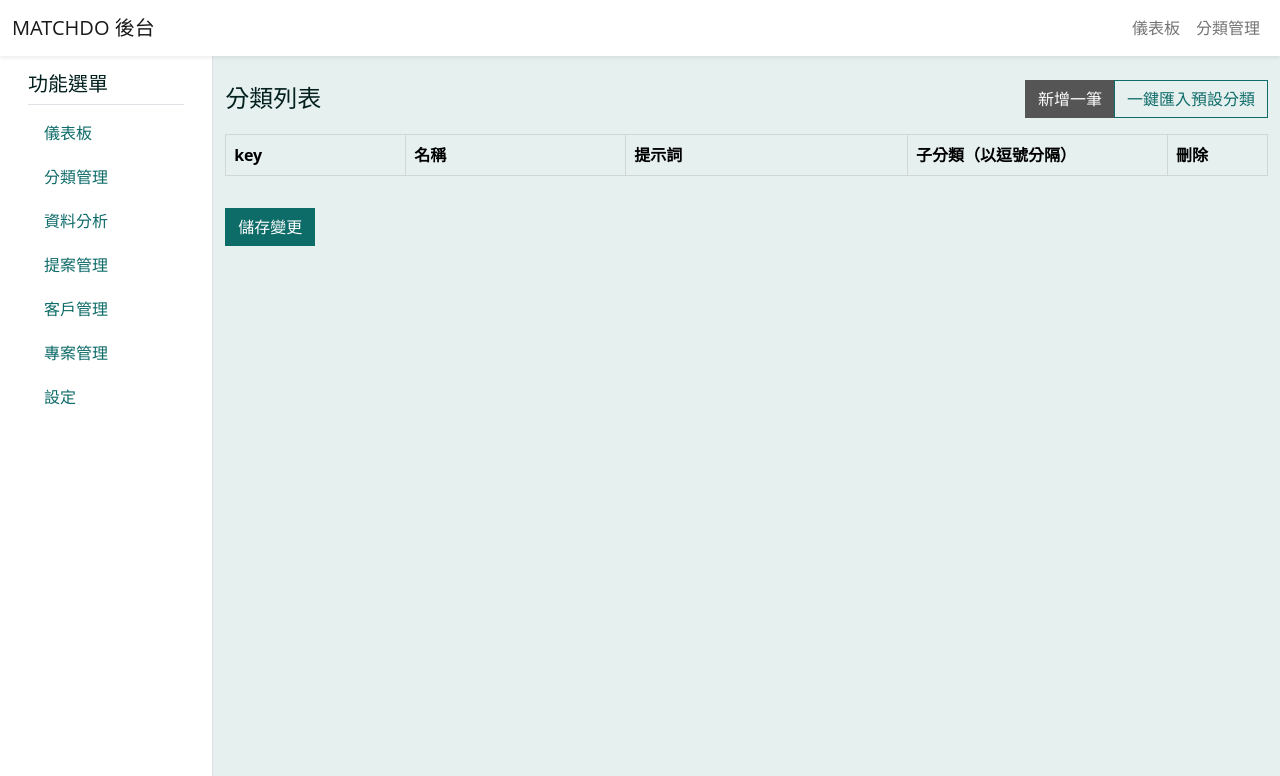
Repository: taskmatching-stack/matchdo
Page: public/admin/categories.html
These files come from the project's save history. The page is drawn as it stood at one moment and after the next save; the edit follows.
The browser window is 1280 px wide. The pictures show the whole page.
The page's requests for data from a server got no answer.

Above is the page before, as saved 2026-02-04 23:39:17.

After the next save:
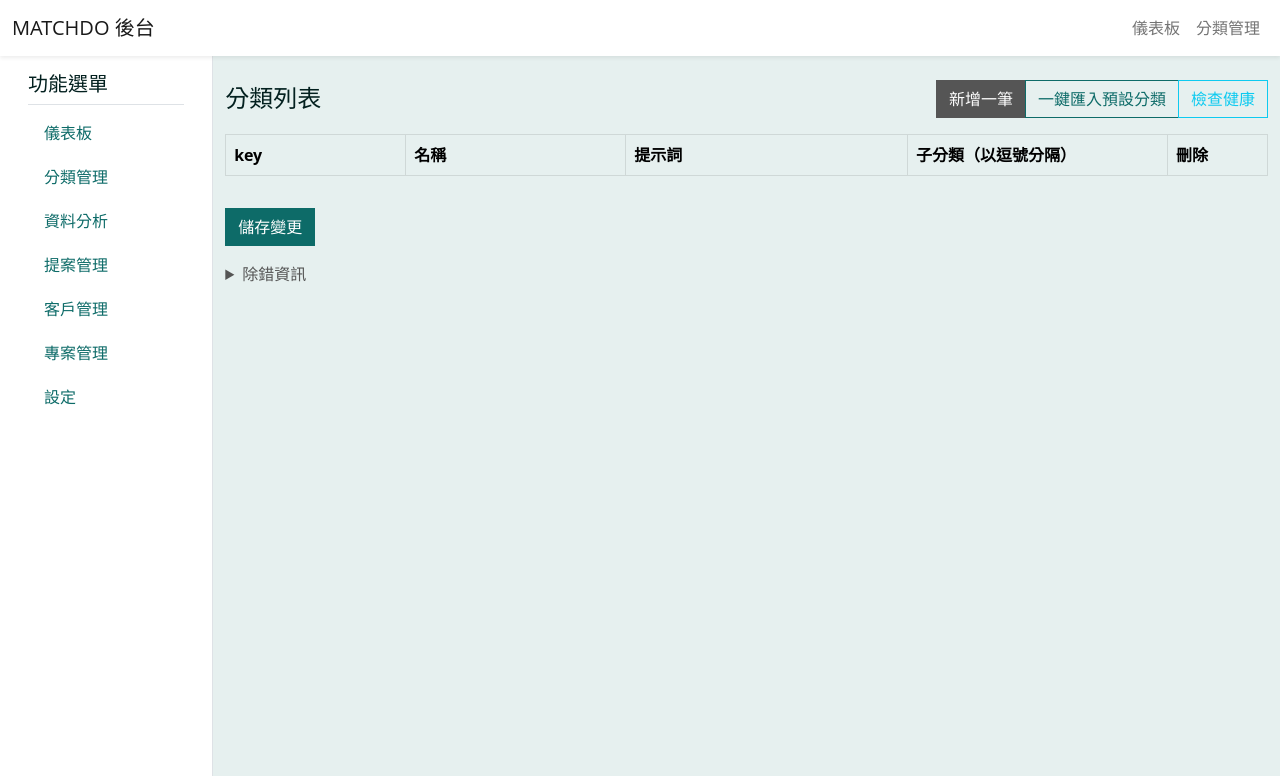
Saved 115 s later.
--- a/public/admin/categories.html
+++ b/public/admin/categories.html
@@ -20,6 +20,7 @@
           <div class="btn-group">
             <button id="addRow" class="btn btn-secondary">新增一筆</button>
             <button id="importDefault" class="btn btn-outline-primary">一鍵匯入預設分類</button>
+            <button id="checkHealth" class="btn btn-outline-info">檢查健康</button>
           </div>
         </div>
 
@@ -40,6 +41,14 @@
         <div class="mt-3">
           <button id="saveBtn" class="btn btn-primary">儲存變更</button>
           <span id="status" class="ms-3"></span>
+        </div>
+        <div class="mt-3">
+          <details>
+            <summary>除錯資訊</summary>
+            <div class="mt-2">
+              <pre id="debugPanel" class="bg-light p-3 border" style="white-space:pre-wrap;"></pre>
+            </div>
+          </details>
         </div>
       </main>
     </div>
@@ -91,6 +100,9 @@
       if (e.target && e.target.id === 'importDefault') {
         importDefaultCategories();
       }
+      if (e.target && e.target.id === 'checkHealth') {
+        checkHealth();
+      }
     });
 
     async function saveCategories() {
@@ -138,14 +150,57 @@
         const res = await fetch('/api/categories/import-default', { method: 'POST' });
         const data = await res.json();
         if (data && data.success) {
-          status.textContent = `✔ 已匯入預設（${data.count} 筆），重新載入中...`;
+          status.textContent = `✔ 已匯入預設（${data.count} 筆 via=${data.via || 'unknown'}），重新載入中...`;
           await loadCategories();
         } else {
-          status.textContent = '✖ 匯入失敗' + (data && data.error ? `：${data.error}` : '');
+          const msg = (data && data.error) ? data.error : '未知錯誤';
+          status.textContent = '✖ 匯入失敗：' + msg;
+          showDebug('匯入失敗', suggest(msg));
         }
       } catch (e) {
         status.textContent = '✖ 匯入失敗（網路錯誤）';
-      }
+        showDebug('匯入失敗（網路）', e.message || String(e));
+      }
+    }
+
+    async function checkHealth() {
+      const status = document.getElementById('status');
+      status.textContent = '檢查中...';
+      try {
+        const res = await fetch('/api/health');
+        const data = await res.json();
+        status.textContent = '健康檢查完成';
+        showDebug('健康檢查', JSON.stringify(data, null, 2));
+        // 額外提示
+        if (data && data.supabase && data.supabase.error) {
+          showDebug('Supabase 錯誤提示', suggest(data.supabase.error));
+        }
+        if (data && data.db && data.db.error) {
+          showDebug('PG 直連錯誤提示', suggest(data.db.error));
+        }
+      } catch (e) {
+        status.textContent = '檢查失敗';
+        showDebug('健康檢查失敗', e.message || String(e));
+      }
+    }
+
+    function showDebug(title, details) {
+      const panel = document.getElementById('debugPanel');
+      const prev = panel.textContent ? panel.textContent + "\n\n" : '';
+      panel.textContent = prev + `[${new Date().toLocaleString()}] ${title}\n` + (typeof details === 'string' ? details : JSON.stringify(details, null, 2));
+    }
+
+    function suggest(errorText) {
+      const t = (errorText || '').toLowerCase();
+      let tips = '';
+      if (t.includes('schema cache') || t.includes('relation does not exist')) {
+        tips = `可能原因：PostgREST 尚未看到 ai_categories。\n處置：\n1) 在 Supabase SQL Editor 建表 public.ai_categories。\n2) 執行 ALTER 促使快取刷新：\n   alter table public.ai_categories alter column prompt set default '';`;
+      }
+      if (t.includes('enotfound') || t.includes('getaddrinfo')) {
+        tips += (tips ? '\n\n' : '') + `可能原因：直連 PostgreSQL DNS 解析失敗。\n處置：\n1) 測試時可忽略，改用 Supabase REST（不需直連）。\n2) 如需直連，確認 SUPABASE_DB_URL 網路/防火牆與密碼 URL encode（@→%40）。`;
+      }
+      if (!tips) tips = errorText;
+      return tips;
     }
   </script>
   <script src="/admin/js/admin-common.js"></script>
